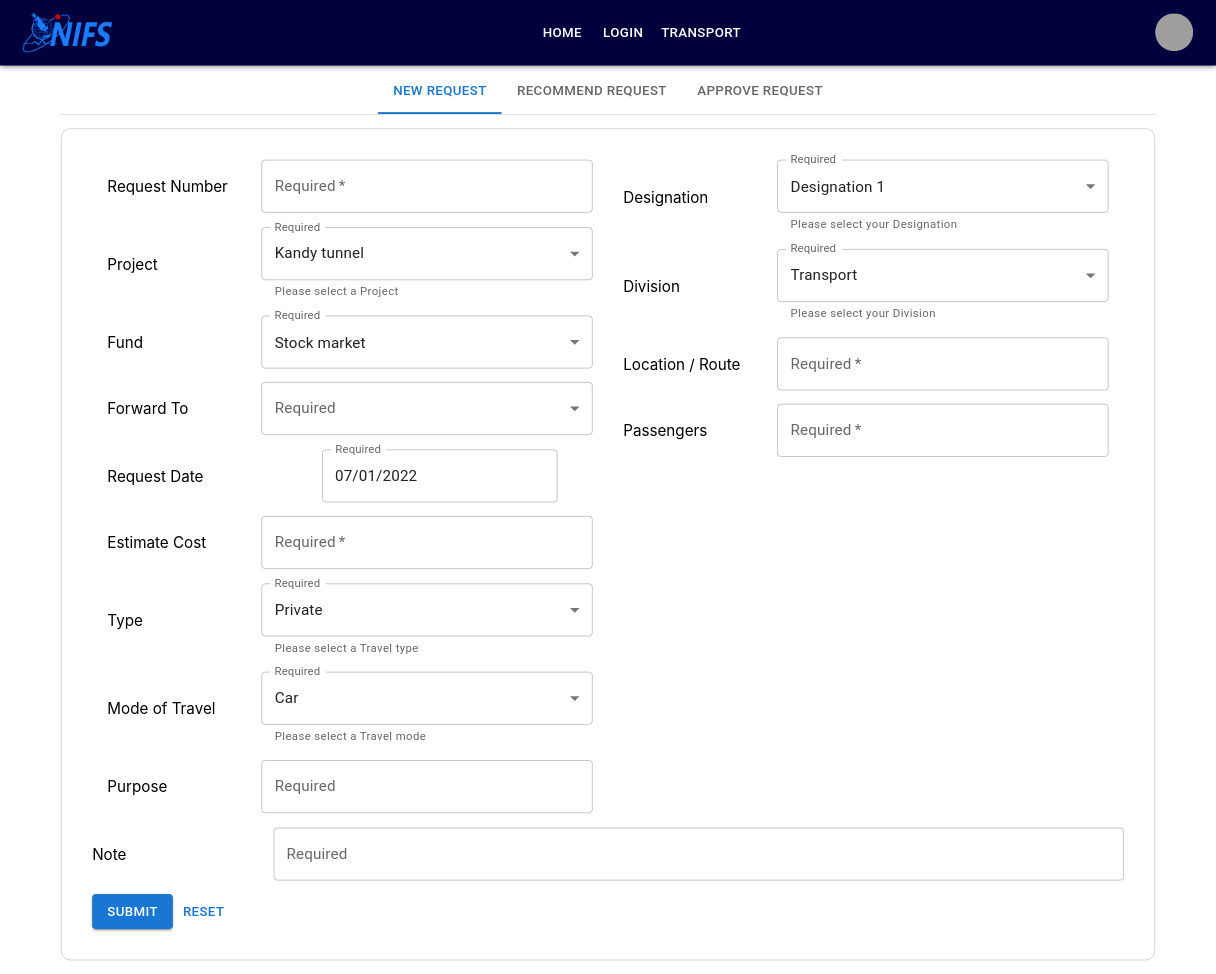
Repository: Ravindu97/NIFS_WebApplication
Page: /transport (app in client/)
The author's editor kept a copy of each file at every save. The page is drawn from the files as they stood at one save, then again after the next save.
The browser window is 1280 px wide. The pictures show the whole page, at 95% of full size.
Pictures or frames that could not be fetched are drawn as grey boxes. The project was rebuilt for these pictures with package versions that can differ from the ones it lists, and the page was loaded fresh each time. Also part of the build but not shown: client/src/pages/Home.js, client/src/pages/Login.js, client/src/components/Transport/RecommendedRequest.js, client/src/components/Transport/ApproveRequest.js.

Above is the page before, as saved 2022-07-01 12:15:21.

After the next save:
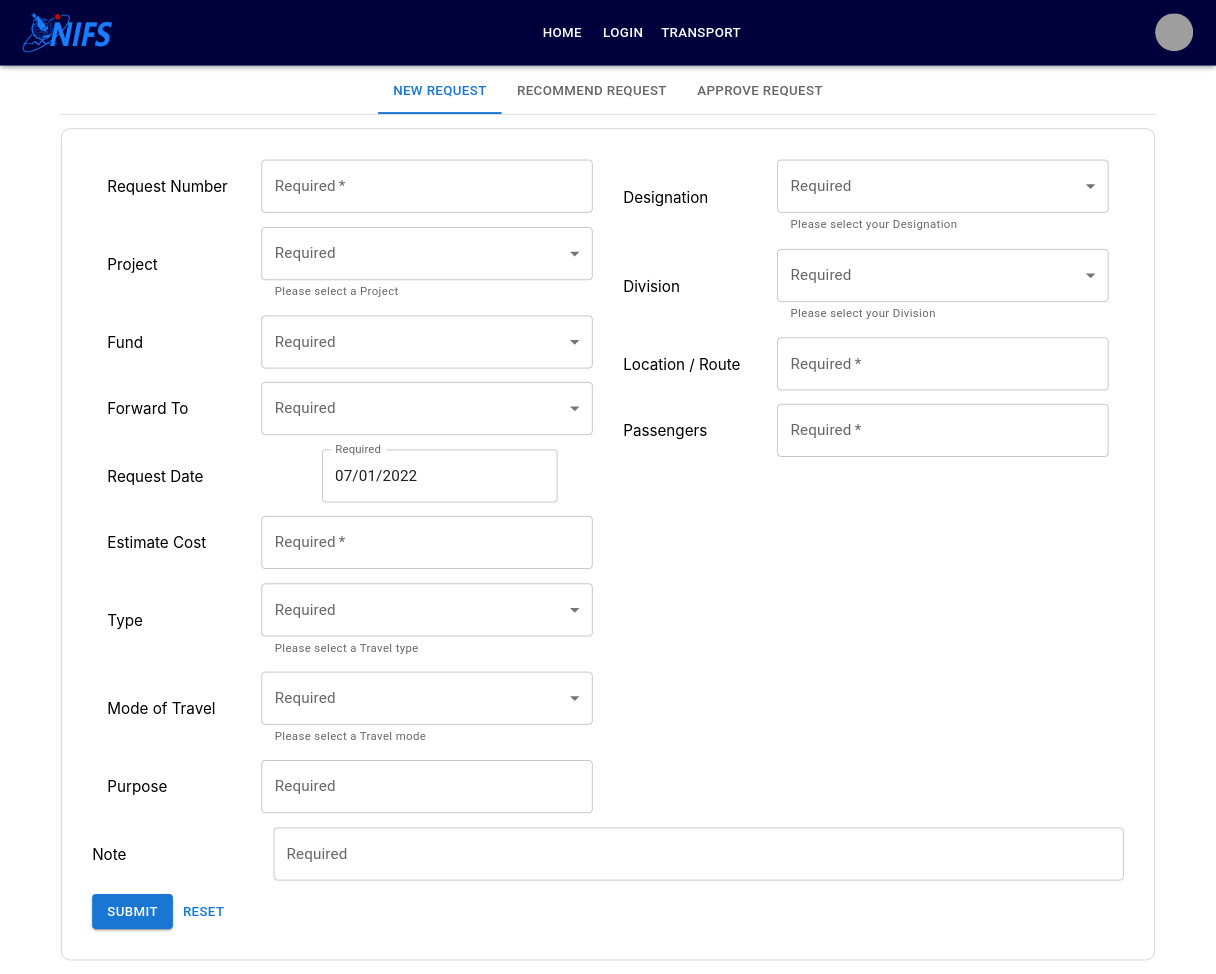
Saved 53 s later.
--- a/client/src/components/Transport/NewRequest.js
+++ b/client/src/components/Transport/NewRequest.js
@@ -79,6 +79,7 @@ function NewRequest() {
 								}}
 								helperText="Please select a Project"
 							>
+								<option value="" selected disabled></option>
 								{project.map((option) => (
 									<option key={option.id} value={option.value}>
 										{option.value}
@@ -102,6 +103,7 @@ function NewRequest() {
 									native: true,
 								}}
 							>
+								<option value="" selected disabled></option>
 								{fund.map((option) => (
 									<option key={option.id} value={option.value}>
 										{option.value}
@@ -179,6 +181,7 @@ function NewRequest() {
 								}}
 								helperText="Please select a Travel type"
 							>
+								<option value="" selected disabled></option>
 								<option value="private">Private</option>
 								<option value="official">Official</option>
 							</TextField>
@@ -200,6 +203,7 @@ function NewRequest() {
 								}}
 								helperText="Please select a Travel mode"
 							>
+								<option value="" selected disabled></option>
 								<option value="car">Car</option>
 								<option value="van">Van</option>
 								<option value="cab">Cab</option>
@@ -245,6 +249,7 @@ function NewRequest() {
 								}}
 								helperText="Please select your Designation"
 							>
+								<option value="" selected disabled></option>
 								{designation.map((option) => (
 									<option key={option.id} value={option.value}>
 										{option.value}
@@ -268,6 +273,7 @@ function NewRequest() {
 								}}
 								helperText="Please select your Division"
 							>
+								<option value="" selected disabled></option>
 								{division.map((option) => (
 									<option key={option.id} value={option.value}>
 										{option.value}
